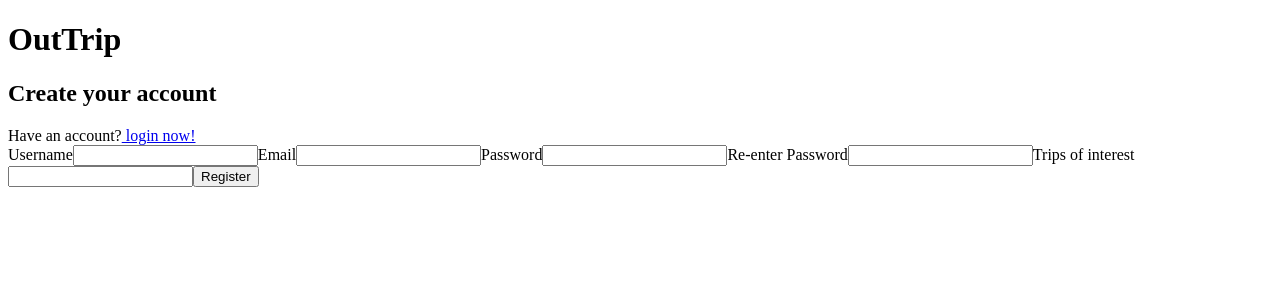
Repository: Nuttawut-Amattong/outtrip
Page: /register (app in OutTrip/)
An editor plug-in stored every save of this project. The page is shown before and after the next save, followed by the edit.
The browser window is 1280 px wide. The pictures show the whole page.
The project was rebuilt for these pictures with package versions that can differ from the ones it lists, and the page was loaded fresh each time. Also part of the build but not shown: OutTrip/vite.config.js, OutTrip/src/component/Login.jsx, OutTrip/src/component/Forgetpass.jsx.

Above is the page before, as saved 2025-05-19 01:46:58.

After the next save:
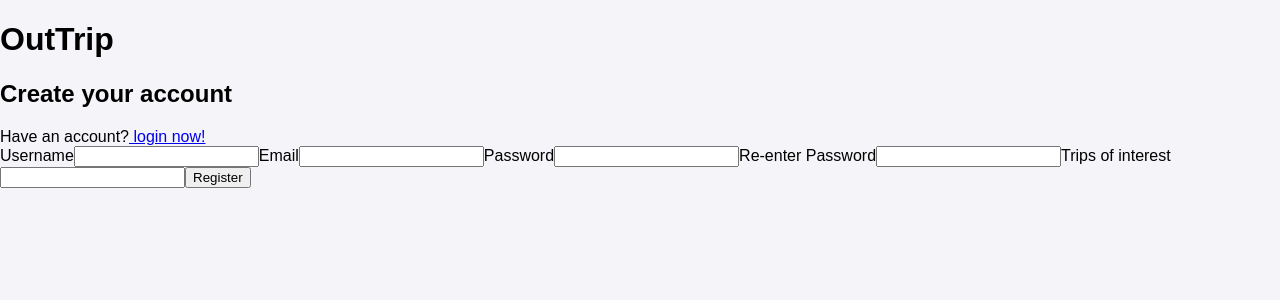
Saved 6 s later.
--- a/OutTrip/src/component/login.module.css
+++ b/OutTrip/src/component/login.module.css
@@ -1,25 +1,30 @@
+body {
+    font-family: Arial, sans-serif;
+    margin: 0;
+    padding: 0;
+    background-color: #f4f4f9;
+    display: block;
+}
+
 .login-container {
     background-color: #ffffff;
     padding: 2rem;
-    border-radius: 8px 0 0 8px; /* โค้งซ้ายบน ซ้ายล่าง */
-    box-shadow: -4px 0 10px rgba(0, 0, 0, 0.1);
+    border-radius: 0 8px 8px 0;
+    box-shadow: 4px 0 10px rgba(0, 0, 0, 0.1);
     width: 100%;
     max-width: 320px;
     height: 100vh;
     box-sizing: border-box;
     position: fixed;
-    right: 0;  /* อยู่ด้านขวาของหน้าจอ */
+    left: 0;
     top: 0;
     display: flex;
     flex-direction: column;
-    align-items: center;
-    text-align: center;
 }
 
 .login-header {
-    margin-bottom: 2rem;
-    width: 100%;
-    /* text-align: center; ไม่ต้องซ้ำ เพราะ container ตั้งไว้แล้ว */
+    margin-bottom: 2rem; /* เพิ่มระยะห่างระหว่าง header กับ form */
+    text-align: center;
 }
 
 .login-header h1 {
@@ -31,9 +36,6 @@
 .login-header .register-link {
     font-size: 0.9rem;
     color: #333333;
-    text-align: center;
-    width: 100%; /* ให้กว้างเต็มที่ */
-    display: block; /* ทำให้ text-align ทำงาน */
 }
 
 .login-header .register-link a {
@@ -49,20 +51,26 @@
     display: flex;
     flex-direction: column;
     flex-grow: 1;
-    width: 100%;
-    max-width: 320px;
 }
 
 .login-container label {
     font-size: 0.9rem;
     margin-bottom: 0.5rem;
     color: #555555;
-    text-align: left;
-    display: block;
 }
 
 .login-container input[type="text"],
-.login-container input[type="email"],
+.login-container input[type="password"] {
+    padding: 0.8rem;
+    margin-bottom: 1rem;
+    border: 1px solid #cccccc;
+    border-radius: 4px;
+    font-size: 1rem;
+    box-sizing: border-box;
+    width: 100%;
+}
+
+.login-container input[type="text"],
 .login-container input[type="password"] {
     padding: 0.8rem;
     margin-bottom: 0.5rem;
@@ -82,19 +90,11 @@
     font-size: 1rem;
     cursor: pointer;
     transition: background-color 0.3s ease;
-    margin-top: 0;
+    margin-top: 0; /* ลบ auto เพื่อไม่ดันปุ่มลงล่าง */
 }
 
 .login-container button:hover {
     background-color: #0056b3;
-}
-
-.error {
-    font-size: 0.9rem;
-    color: red;
-    margin-top: -0.5rem;
-    margin-bottom: 1rem;
-    text-align: center;
 }
 
 .forgot-password-link {
@@ -102,7 +102,6 @@
     font-size: 0.9rem;
     color: #007bff;
     text-align: center;
-    width: 100%;
 }
 
 .forgot-password-link a {
@@ -122,7 +121,6 @@
     flex-direction: column;
     gap: 0.5rem;
     text-align: center;
-    width: 100%;
 }
 
 .login-links a {
